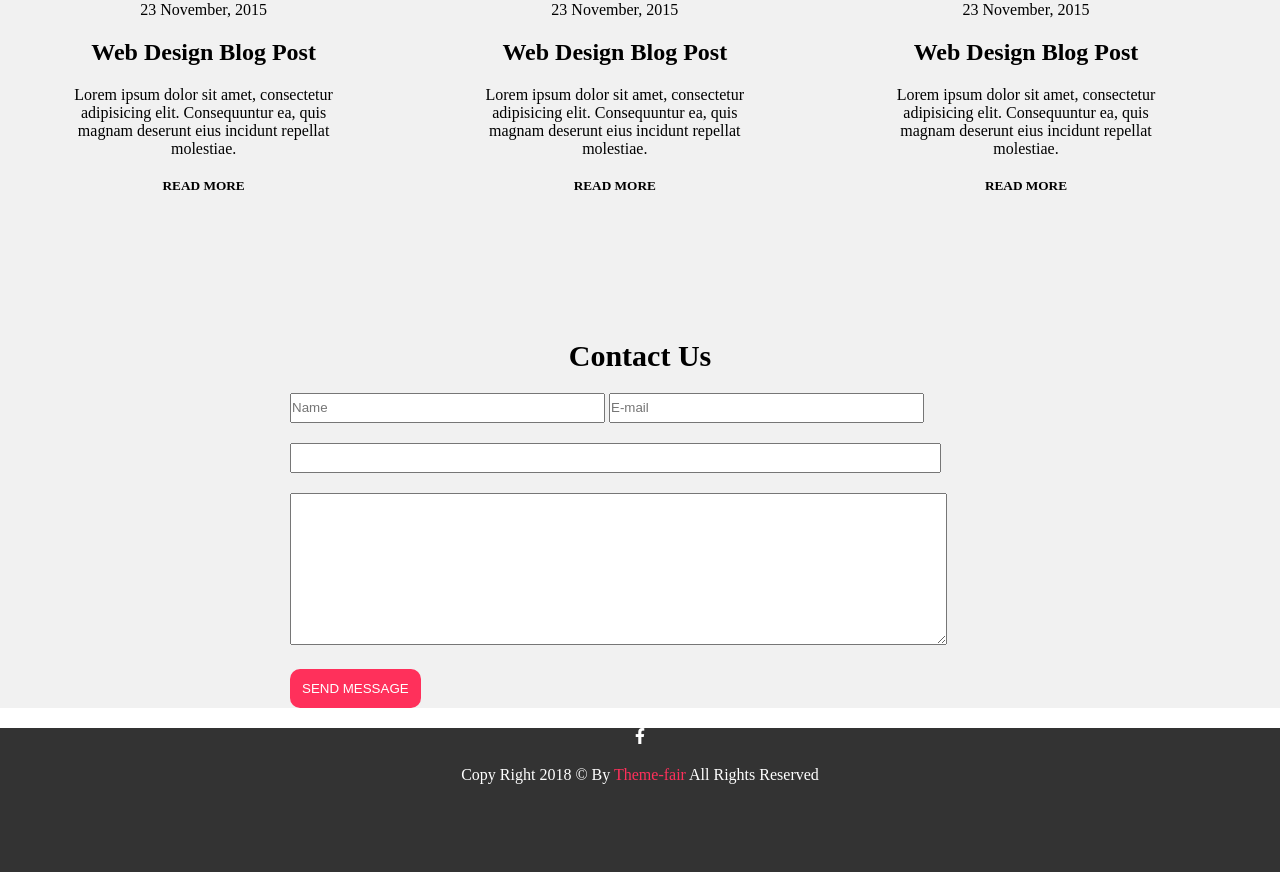
Repository: Ahmedalid/New-project
Page: Rout/index.html
These files come from the project's save history. The page is drawn as it stood at one moment and after the next save; the edit follows.
The browser window is 1280 px wide. The pictures show the part of the page from y = 3461 to 4333 px (the page is 4333 px tall).
A picture or video elsewhere on the page could not be fetched, so the positions and the page height are approximate.

Above is the page before, as saved 2023-05-24 20:02:55.

### Rout/index.html
<!DOCTYPE html>
<html lang="en">

<head>
    <meta charset="UTF-8">
    <meta http-equiv="X-UA-Compatible" content="IE=edge">
    <meta name="viewport" content="width=device-width, initial-scale=1.0">
    <link rel="stylesheet" href="https://cdnjs.cloudflare.com/ajax/libs/font-awesome/6.4.0/css/all.min.css">
    <link rel="stylesheet" href="css/style.css">
    <title>Document</title>
</head>

<body>
    <div class="bg-img" style="background-image: url(img/slider-02.jpg);">

        <div class="container pt">
            <div class="header-nav logo-nav">
                <h2>Fokir</h2>
            </div>
            <div class="header-nav">
                <ul>
                    <li><span class="nav-home">Home</span></li>
                    <li>About</li>
                    <li>Services </li>
                    <li>Portfolio</li>
                    <li>Testimonial</li>
                    <li>Blog </li>
                    <li>Contact</li>


                </ul>

            </div>
        </div>
        <div class="auto container">
            <h4 class="mt">Hello i'm</h4>
            <h1 class="mt">ALEX SMITH</h1>
            <p class="mt">Professional Web DesignerDesignerDeveloper</p>
        </div>

    </div>
    <div class="section-mt">
        <div class="section-2 container ">
            <div class="element-1">
                <span>
                    <img src="img/work-7.jpg" alt="Work-7">
                </span>
            </div>
            <div class="element-1">
                <h1><span>I</span>HELLO,</h1>
                <p class="mt">
                    Lorem ipsum dolor sit amet, consectetur adipisicing elit, sed do eiusmod tempor incididunt ut labore
                    et dolore magna aliqua. Ut enim ad minim veniam, quis nostrud exercitation ullamco laboris nisi ut
                    aliquip ex ea commodo consequat. Duis aute irure dolor in reprehenderit in voluptate velit esse
                    cillum dolore eu fugiat nulla pariatur. Excepteur sint occaecat cupidatat non proident, sunt in
                    culpa qui officia deserunt mollit anim id est laborum.
                </p>
                <div class="mt border"> </div>
                <div class="Name mt">
                    <div class="mt">Name: Rdam smith</div>
                    <div class="mt">Age: 26 Year</div>
                    <div class="mt">Freelance: Available</div>
                </div>
                <div class="Name mt">
                    <div class="mt">Job Title: UI/UX Designe</div>
                    <div class="mt">Location: United States, US</div>
                    <div class="mt">E-mail: example@gmail.com</div>
                </div>
                <div class="mt">
                    <button class="btn">Download CV <span><i class="fa fa-download"
                                aria-hidden="true"></i></span></button>

                    <button class="btn">Hire My <span><i class="fa fa-paper-plane"
                                aria-hidden="true"></i></span></button>
                </div>


            </div>
        </div>
    </div>
    <!-- section-3 -->
    <div class="section-bg">
        <section class="section-mt  ">
            <h1 class="pt">Our Services</h1>
            <div class="mt ">
                <div class="Services text-center">
                    <span class="mt"><i class="fa-solid fa-pen text-color"></i></span>
                    <h2 class="mt">UI/UX DESIGN</h2>
                    <p class="mt"> Lorem ipsum dolor sit amet, consectetur adipisicing elit. Ratione adipisci mollitia
                        quis
                        necstatibus.</p>
                </div>
                <div class="Services text-center">
                    <span class="mt"><i class="fa-solid fa-pen text-color"></i></span>
                    <h2 class="mt">APP DEVELOPMENT</h2>
                    <p class="mt"> Lorem ipsum dolor sit amet, consectetur adipisicing elit. Ratione adipisci mollitia
                        quis
                        necstatibus.</p>
                </div>
                <div class="Services text-center">
                    <span class="mt"><i class="fa-solid fa-pen text-color"></i></span>
                    <h2 class="mt">PRODUCT DESIGN</h2>
                    <p class="mt"> Lorem ipsum dolor sit amet, consectetur adipisicing elit. Ratione adipisci mollitia
                        quis
                        necstatibus.</p>
                </div>
                <div class="Services text-center">
                    <span class="mt"><i class="fa-solid fa-pen text-color"></i></span>
                    <h2 class="mt">UI/UX DESIGN</h2>
                    <p class="mt"> Lorem ipsum dolor sit amet, consectetur adipisicing elit. Ratione adipisci mollitia
                        quis
                        necstatibus.</p>
                </div>

            </div>
        </section>
    </div>
    <!-- section-4 -->
    <div class="">
        <section class="section-mt  ">
            <h1 class="pt">Our Portfolio</h1>
            <div class="text-center">
                <p class="p-Our">All</p>
                <p class="p-Our">GRAPHIC</p>
                <p class="p-Our">WEB DESIGN</p>
                <p class="p-Our">PRADNIG</p>
            </div>
            <div class="mt container">
                <div class="Portfolio text-center">
                    <span>
                        <img src="img/1.jpg" alt="">
                    </span>
                </div>
                <div class="Portfolio text-center">
                    <span>
                        <img src="img/2.jpg" alt="">
                    </span>
                </div>
                <div class="Portfolio text-center">
                    <span>
                        <img src="img/3.jpg" alt="">
                    </span>
                </div>
                <div class="Portfolio text-center">
                    <img src="img/5.jpg" alt="">
                </div>
                <div class="Portfolio text-center">
                    <img src="img/4.jpg" alt="">
                </div>
                <div class="Portfolio text-center">
                    <img src="img/6.jpg" alt="">
                </div>

            </div>
        </section>
    </div>

    <div class="section-bg">
        <section class="section-mt  ">
            <div class="mt ">
                <div class="Services text-center">
                    <span class="mt"><i class="fa-solid fa-pen text-color"></i></span>
                    <h2 class="mt">7</h2>
                    <p class="mt">Lorem, ipsum dolor.</p>
                </div>
                <div class="Services text-center">
                    <span class="mt"><i class="fa-solid fa-pen text-color"></i></span>
                    <h2 class="mt">9</h2>
                    <p class="mt"> Lorem ipsum dolor sit..</p>
                </div>
                <div class="Services text-center">
                    <span class="mt"><i class="fa-solid fa-pen text-color"></i></span>
                    <h2 class="mt">5</h2>
                    <p class="mt">Lorem ipsum dolor sit..</p>
                </div>
                <div class="Services text-center">
                    <span class="mt"><i class="fa-solid fa-pen text-color"></i></span>
                    <h2 class="mt">7</h2>
                    <p class="mt"> Lorem, ipsum dolor.</p>
                </div>

            </div>
        </section>
    </div>
    <section class="section-mt">
        <h1 class="text-center">Client's Feedback</h1>
        <div class="text-center mt">
            <img src="img/2 (1).jpg" alt="" class="w-3">
        </div>
    </section>
    <div class="section-bg">
        <section class="section-mt  ">
            <h1 class="pt">Our Blog</h1>
            <div class="mt ">
                <div class="Blog text-center">
                    <span class="mt">
                        <img src="img/1 (1).jpg" alt="">
                    </span>
                    <p class="mt">23 November, 2015</p>
                    <h2 class="mt"> Web Design Blog Post </h2>
                    <p class="mt">Lorem ipsum dolor sit amet, consectetur adipisicing elit. Consequuntur ea, quis magnam deserunt
                        eius incidunt repellat molestiae.</p>
                        <h5 class="mt">READ MORE </h5>


                </div>
                <div class="Blog text-center">
                    <span class="mt">
                        <img src="img/1 (1).jpg" alt="">
                    </span>
                    <p class="mt">23 November, 2015</p>
                    <h2 class="mt"> Web Design Blog Post </h2>
                    <p class="mt">Lorem ipsum dolor sit amet, consectetur adipisicing elit. Consequuntur ea, quis magnam deserunt
                        eius incidunt repellat molestiae.</p>
                        <h5 class="mt">READ MORE </h5>


                </div>
                <div class="Blog text-center">
                    <span class="mt">
                        <img src="img/1 (1).jpg" alt="">
                    </span>
                    <p class="mt">23 November, 2015</p>
                    <h2 class="mt"> Web Design Blog Post </h2>
                    <p class="mt">Lorem ipsum dolor sit amet, consectetur adipisicing elit. Consequuntur ea, quis magnam deserunt
                        eius incidunt repellat molestiae.</p>
                        <h5 class="mt">READ MORE </h5>


                </div>



            </div>
        </section>
        <section class="section-mt">
            <div class="text-center">
                <h1>Contact Us</h1>

            </div>
            <div class="Contact">
                <div class="mt">
                 <input type="text" placeholder="Name" class="w-5 h-input" name="" id="">
                <input type="text" name="" id="" placeholder="E-mail" class="w-5 input-l h-input">
                <input type="text" class="w-10 mt h-input" name="" id="">
                <textarea name="" class="mt" id="" cols="80" rows="10"></textarea>
                <button class="btn mt">SEND MESSAGE</button>
                </div>
            </div>
        </section>
    </div>
    <footer class="mt">
        <div class="text-center">
            <div class="soshal">
                <span><i class="fa-brands fa-facebook-f"></i></span>
            </div>

            <p class="mt">Copy Right 2018 © By <span class="Theme-fair">Theme-fair</span> All Rights Reserved</p>
        </div>
    </footer>
</body>

</html>

### Rout/css/style.css
*{
    margin: 0;
    padding: 0;
    box-sizing: border-box;
}
.container{
    margin: auto 111px;
}
.bg-img{
    background-repeat: no-repeat;
    background-size: cover;
    height: 100vh;
}
.header-nav{
    display: inline-block;
    width: 49%;
    color: white;
}
.pt{
    padding-top: 25px;
}
.mt{
    margin-top: 20px;
}
.logo-nav h2{
    color: #ff305b;
    font-weight: bold;
    cursor: pointer;
    transition: 1.5s;
}
.logo-nav h2:hover{
    text-decoration: underline;
}
.header-nav ul li{
    display: inline-block;
    padding-left: 17px;
}
.nav-home{
    color: #ff305b;
}
.header-nav ul li:hover{
    text-decoration: underline;
    color: #ff305b;
    cursor: pointer;
}
.auto{
    /* margin: auto; */
    padding-top: 230px;
    color: white;
    text-align: center;
    font-weight: bold;
}
.element-1{
    display: inline-block;
    width: 49%;
    vertical-align: top;
}
.element-1 h1 span{
    color: #ff305b;
}
.border{
    border: dotted 1px black;
}
.Name{
    display: inline-block;
    width: 48%;
}
.section-mt{
    margin-top: 30px;
}
.btn{
    border: none;
    outline: none;
    background-color: #ff305b;
    color: white;
    padding: 12px;
    border-radius: 10px;
    cursor: pointer;
    transition: 0.5s;
}
.btn:hover{
    background-color: #ec2403;
}
.btn span i{
    margin-left: 7px;
}
.section-mt h1{
    text-align: center;
    font-size: 30px;
    font-weight: bold;
    padding-top: 100px;
}
.section-bg{
    background-color: #f1f1f1;

}
.Services{
    margin: auto 50px;
    display: inline-block;
    width: 15%;
    padding: 15px;
    cursor: pointer;
    transition: width 2s;
}
.text-color{
    color: #ff305b;
}
.text-center{
    text-align: center;
}
.Services:hover{
    background-color: white;
    width: 20%;

}

.Portfolio{
    /* margin: auto 50px; */
    display: inline-block;
    width: 33%;
    /* padding: 15px; */
    cursor: pointer;
    transition: width 2s;
}
img{
    width: 100%;
}
.p-Our{
    display: inline-block;
    text-align: center;
    margin-top: 15px;
    padding-left: 20px;
    transition: all 0.5s;
    cursor: pointer;
}
.p-Our:hover{
    border-bottom: 1px solid #ff305b;
}
.w-3{
    width: 30%;
}
.Blog{
    margin: auto 50px;
    display: inline-block;
    width: 24%;
    padding: 15px;
    cursor: pointer;
    transition: width 2s;
}
.Contact{
    margin: auto 290px;
}
.w-5{
    width: 45%;
}
.h-input{
    height: 30px;
}
.w-10{
    width: 93%;
}
.Theme-fair{
    color: #ff305b;
}
footer{
    background-color: #333333;
    height: 20vh;
overflow: auto;
color: white;
}

After the next save:
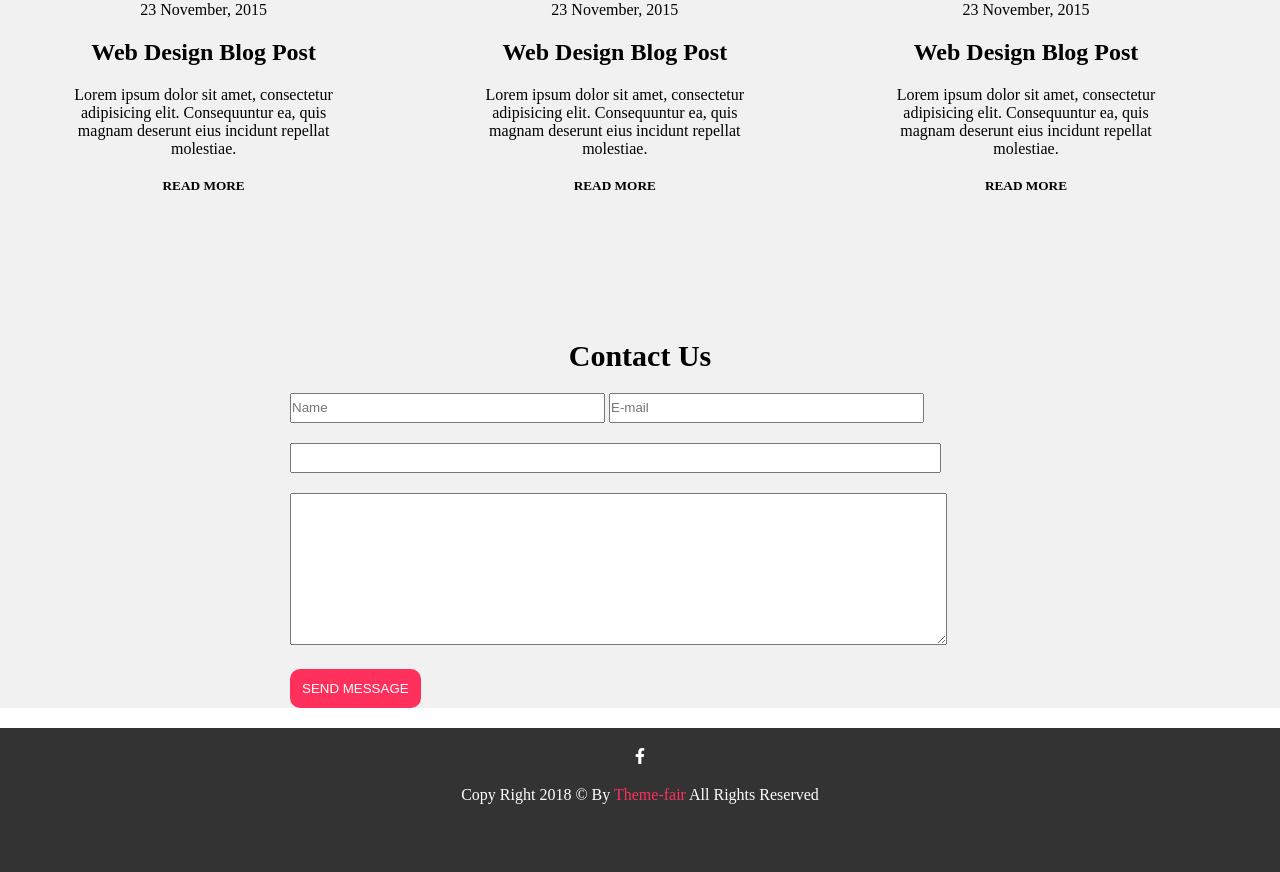
Saved 16 s later.
--- a/Rout/index.html
+++ b/Rout/index.html
@@ -251,7 +251,7 @@
     </div>
     <footer class="mt">
         <div class="text-center">
-            <div class="soshal">
+            <div class="soshal mt">
                 <span><i class="fa-brands fa-facebook-f"></i></span>
             </div>
 
